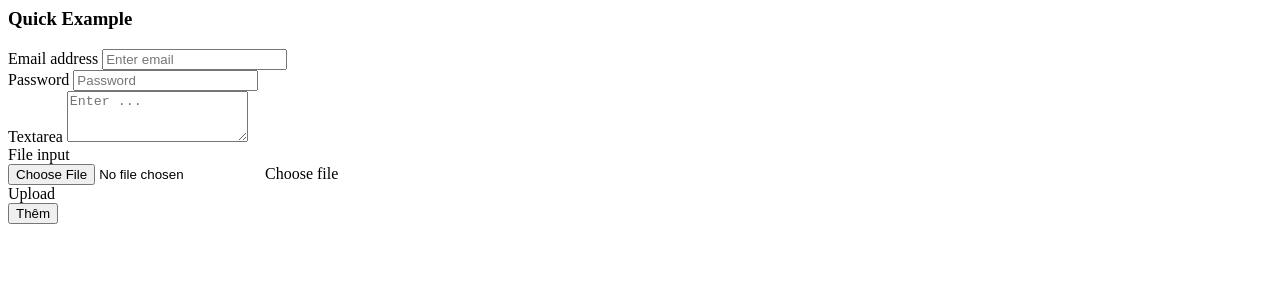
Repository: NguyenTranBaoKhanh/BKShop
Page: http://localhost/App/Views/admin/sanpham/create.php
These files come from the project's save history. The page is drawn as it stood at one moment and after a run of saves; the edit follows.
The browser window is 1280 px wide. The pictures show the whole page.
The page is run by PHP 8.4 with error messages shown; the project is at /var/www/html/.

Above is the page before, as saved 2021-10-31 14:44:52.

After the next 2 saves:
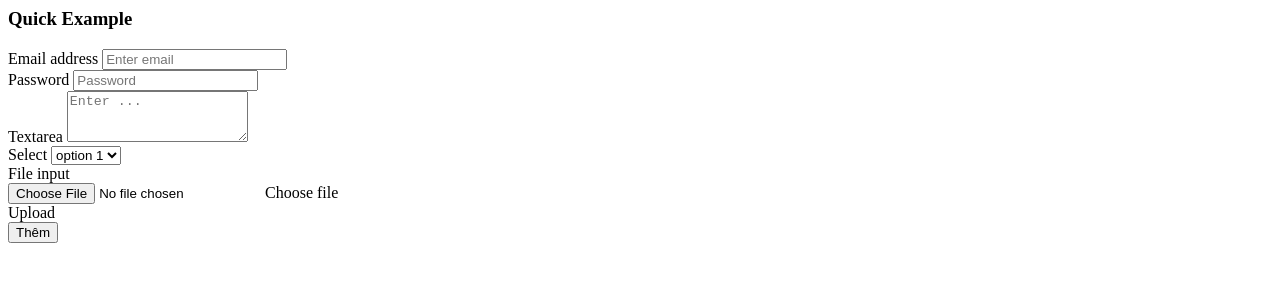
The 2 saves are shown as one change because they came seconds apart.
The last was saved 45 s later.
--- a/App/Views/admin/sanpham/create.php
+++ b/App/Views/admin/sanpham/create.php
@@ -19,6 +19,16 @@
         <textarea class="form-control" rows="3" placeholder="Enter ..."></textarea>
       </div>
       <div class="form-group">
+        <label>Select</label>
+        <select class="form-control">
+          <option>option 1</option>
+          <option>option 2</option>
+          <option>option 3</option>
+          <option>option 4</option>
+          <option>option 5</option>
+        </select>
+      </div>
+      <div class="form-group">
         <label for="exampleInputFile">File input</label>
         <div class="input-group">
           <div class="custom-file">
